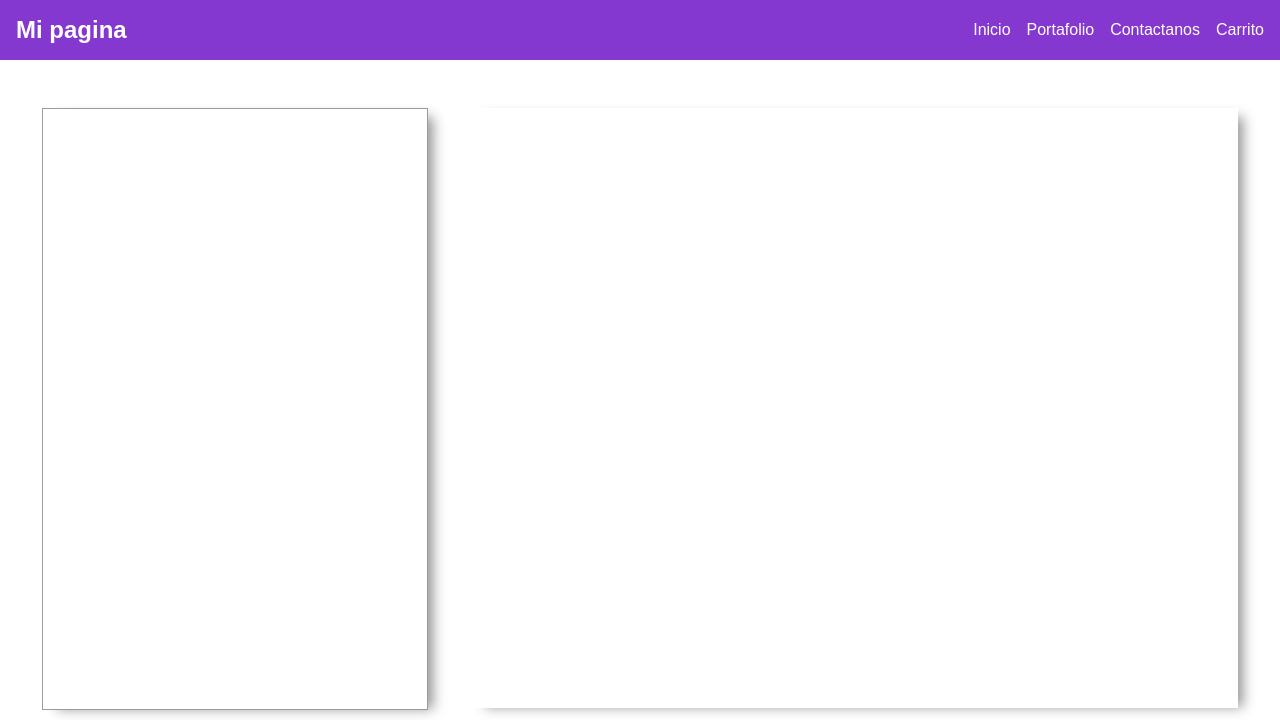
Repository: TzStrikerYT/Dise-o-web-NA00
Page: Proyecto-01/index.html
An editor plug-in stored every save of this project. The page is shown before and after the next save, followed by the edit.
The browser window is 1280 px wide. The pictures show the whole page.

Above is the page before, as saved 2024-08-21 21:25:19.

### Proyecto-01/index.html
<!DOCTYPE html>
<html lang="en">
  <head>
    <meta charset="UTF-8" />
    <meta http-equiv="X-UA-Compatible" content="IE=edge" />
    <meta name="viewport" content="width=device-width, initial-scale=1.0" />
    <title>Document</title>
    <link rel="stylesheet" href="style.css" />
  </head>
  <body>

    <!-- barra de navegación -->
    <nav class="navbar">
        <div class="logo">
            <h2>Mi pagina</h2>
        </div>

        <div class="nav-options">
            <a href="#" class="hiper-nav">Inicio</a>
            <a href="#" class="hiper-nav">Portafolio</a>
            <a href="#" class="hiper-nav">Contactanos</a>
            <a href="#" class="hiper-nav">Carrito</a>
        </div>
    </nav>

    <section class="home-container">
        <div class="info"></div>
        <div class="experience"></div>
    </section>

    <section>
        <div></div>
        <div></div>
        <div></div>
    </section>



  </body>
</html>

### Proyecto-01/style.css
* {
  margin: 0;
  padding: 0;
  font-family: Arial, Helvetica, sans-serif;
  scroll-behavior: smooth;
}

.navbar {
    display: flex;
    justify-content: space-between;
    align-items: center;
    background: #8438d0;
    color: #fff;
    padding: 1rem;
}

.nav-options {
    display: flex;
    gap: 1rem;
}

.hiper-nav {
    text-decoration: none;
    color: #fff;
}

.hiper-nav:hover {
    color: #9e9e9e;
}

.home-container {
    display: flex;
    justify-content: space-evenly;
    margin-top: 3rem;
}

.info {
    width: 30%;
    height: 600px;
    border: solid rgb(155, 155, 155) 1px;
    box-shadow: 10px 4px 12px -5px rgba(0,0,0,0.42);
}

.experience {
    width: 60%;
    height: 600px;
    box-shadow: 10px 4px 12px -5px rgba(0,0,0,0.42);
}

After the next save:
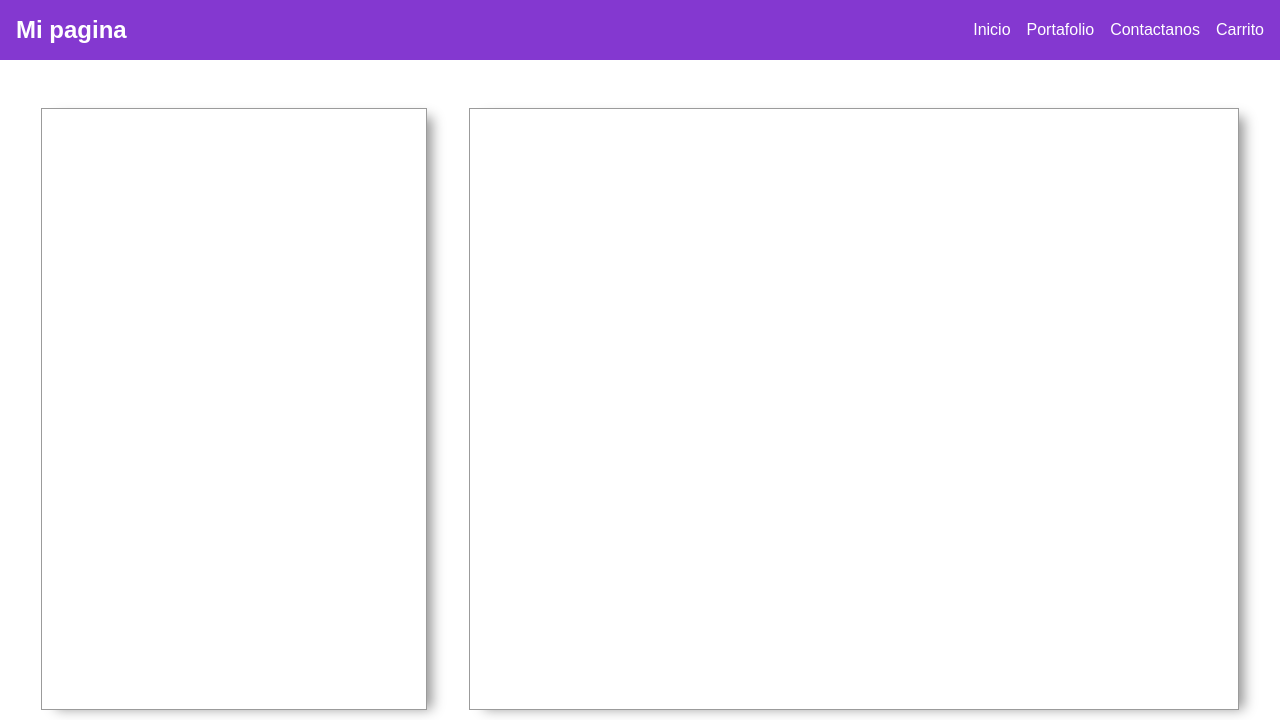
Saved 18 s later.
--- a/Proyecto-01/style.css
+++ b/Proyecto-01/style.css
@@ -37,12 +37,13 @@
 .info {
     width: 30%;
     height: 600px;
-    border: solid rgb(155, 155, 155) 1px;
+    border: solid #9b9b9b 1px;
     box-shadow: 10px 4px 12px -5px rgba(0,0,0,0.42);
 }
 
 .experience {
     width: 60%;
     height: 600px;
+    border: solid #9b9b9b 1px;
     box-shadow: 10px 4px 12px -5px rgba(0,0,0,0.42);
 }
